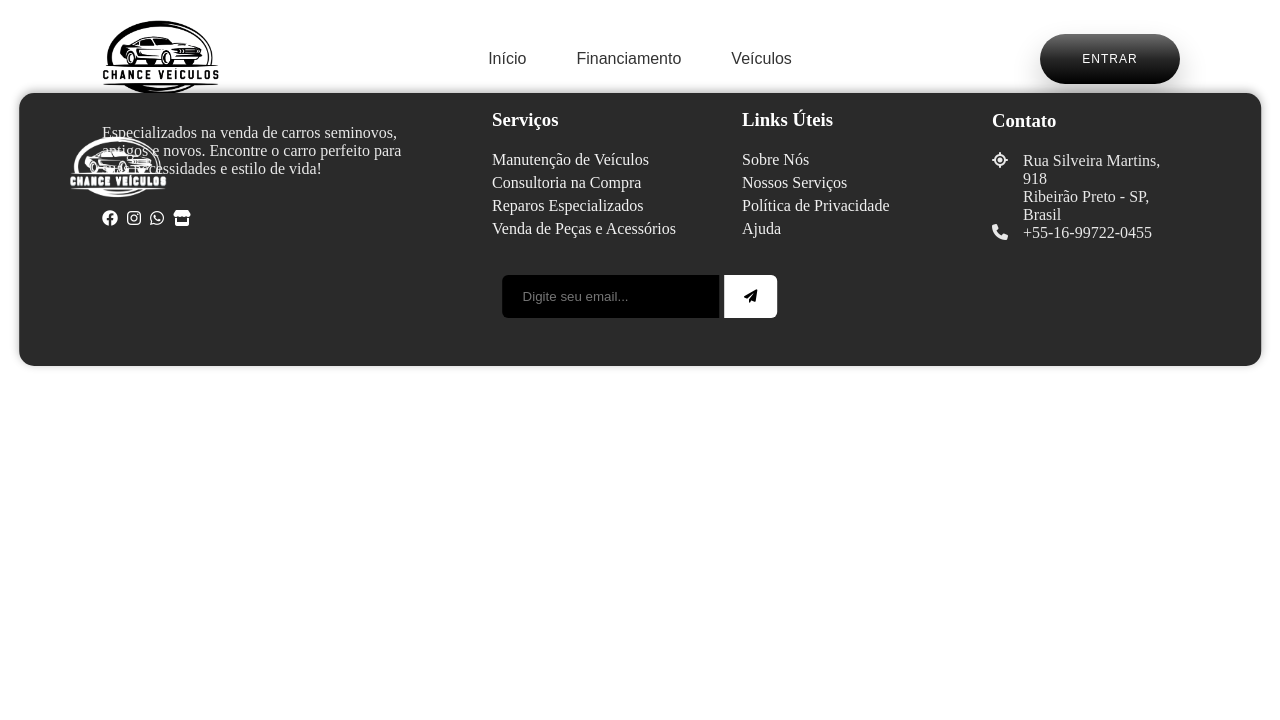
Repository: Matheus904-12/Reforma
Page: veicu.html
The author's editor kept a copy of each file at every save. The page is drawn from the files as they stood at one save, then again after the next save.
The browser window is 1280 px wide. The pictures show the whole page.
Some web libraries are served in a nearby version.

Above is the page before, as saved 2024-08-05 20:43:38.
Console error (its wording comes from the project's code and is left out).

### veicu.html
<!DOCTYPE html>
<html lang="en">
<head>
    <meta charset="UTF-8">
    <meta name="viewport" content="width=device-width, initial-scale=1.0">
    <title>Chance Veículos - Venda de Veículos</title>
    <link rel="stylesheet" href="styles.css">
    <!----- FONT AWESOME CSS FOR ICONS FONTS ------>
    <link rel="stylesheet" href="https://cdnjs.cloudflare.com/ajax/libs/font-awesome/6.2.0/css/all.min.css">
    <script src="https://cdnjs.cloudflare.com/ajax/libs/gsap/3.10.4/gsap.min.js"></script>
</head>
<body>
    <div id="loading-screen">
        <div class="loader"></div>
    </div>

    <header>
        <div class="navbar">
            <div class="logo">
                <img src="imagens/dark.png" alt="Logo da Loja">
            </div>
            <nav class="nav-links">
                <a href="index.html">Início</a>
                <a href="finan.html">Financiamento</a>
                <a href="veicu.html">Veículos</a>
            </nav>
            <button class="btn">
                <span class="btn-text-one">Entrar</span>
                <span class="btn-text-two">Vamos Lá!</span>
            </button>
        </div>
    </header>





    <footer>
        <div class="container">
            <div class="row">
                <div class="col" id="company">
                    <img src="imagens/white.png" alt="" class="logo">
                    <p>
                        Especializados na venda de carros seminovos, antigos e novos.
                        Encontre o carro perfeito para suas necessidades e estilo de vida!
                    </p>
                    <div class="social">
                        <a href="https://www.facebook.com/p/CHANCE-VE%C3%8DCULOS-100063739276669/?paipv=0&eav=Afbw-6EMG8x-VpNtWfZloGlREGmYw3G0Q8PvLR--bdwjk5A0xtV1WnDa43PW5FFd-jU&_rdr"><i class="fab fa-facebook"></i></a>
                        <a href="https://www.olx.com.br/perfil/wilson-chance-veiculos-d5494ec5"><i class="fab fa-instagram"></i></a>
                        <a href="https://web.whatsapp.com/send?l=pt_BR&phone=5516%20997220455"><i class="fab fa-whatsapp"></i></a>
                        <a href="(16)-3961-1899"><i class="fa fa-store"></i></a>
                    </div>
                </div>

                <div class="col" id="services">
                    <h3>Serviços</h3>
                    <div class="links">
                        <a href="#">Manutenção de Veículos</a>
                        <a href="#">Consultoria na Compra</a>
                        <a href="#">Reparos Especializados</a>
                        <a href="#">Venda de Peças e Acessórios</a>
                    </div>
                </div>

                <div class="col" id="useful-links">
                    <h3>Links Úteis</h3>
                    <div class="links">
                        <a href="#">Sobre Nós</a>
                        <a href="#">Nossos Serviços</a>
                        <a href="#">Política de Privacidade</a>
                        <a href="#">Ajuda</a>
                    </div>
                </div>

                <div class="col" id="contact">
                    <h3>Contato</h3>
                    <div class="contact-details">
                        <i class="fa fa-location"></i>
                        <p>Rua Silveira Martins, 918<br> Ribeirão Preto - SP, Brasil</p>
                    </div>
                    <div class="contact-details">
                        <i class="fa fa-phone"></i>
                        <p>+55-16-99722-0455</p>
                    </div>
                </div>
            </div>

            <div class="row">
                <div class="form">
                    <form action="">
                        <input type="text" placeholder="Digite seu email...">
                        <button><i class="fa fa-paper-plane"></i></button>
                    </form>
                </div>
            </div>
        </div>
     </footer>
    <script>
        document.addEventListener("DOMContentLoaded", () => {
            // Remove a tela de carregamento após o carregamento da página
            const loadingScreen = document.getElementById("loading-screen");
            loadingScreen.classList.add("loaded");

            // Animação de surgimento para todos os elementos
            gsap.from(".body, .header, .hero, .servicos, .produto, .navbar, .logo, .nav-links a, .btn, .card, .card__article, .container, .row, .social, .footer, .links,", {
                duration: 1.2,
                opacity: 0,
                y: 50,
                stagger: 0.1,
                ease: "power2.out"
            });

            // Animação para elementos ao rolar a página
            gsap.utils.toArray(".servicos, .produto, .garantia-qualidade").forEach(section => {
                gsap.from(section, {
                    scrollTrigger: {
                        trigger: section,
                        start: "top 80%",
                        end: "bottom 30%",
                        scrub: true
                    },
                    opacity: 0,
                    y: 50,
                    duration: 1
                });
            });
        });

        window.addEventListener("scroll", () => {
            const navbar = document.querySelector(".navbar");
            if (window.scrollY > 50) {
                navbar.classList.add("scrolled");
            } else {
                navbar.classList.remove("scrolled");
            }
        });
    </script>
</body>
</html>

### styles.css
body {
    margin: 0;
    font-family: Arial, sans-serif;
}

header {
    position: relative;
    width: 100%;
}

.navbar {
    display: flex;
    justify-content: center;
    align-items: center;
    padding: 20px 50px;
    background: rgba(255, 255, 255, 0.5);
    border-radius: 25px;
    backdrop-filter: blur(10px);
    transition: all 0.3s ease-in-out;
    margin: 20px 50px;
    position: relative;
}

.navbar.scrolled {
    background: rgba(255, 255, 255, 0.8);
    backdrop-filter: blur(15px);
}

.logo {
    position: absolute;
    left: 50px;
    font-weight: bold;
}

.logo img {
  transform: scale(0.3); /* Reduz o tamanho para 80% */
  transition: transform 0.3s ease-in-out;
  margin-left: -220px;
}

.nav-links {
    list-style: none;
    display: flex;
    gap: 20px;
}

.nav-links a {
    text-decoration: none;
    color: #333;
    padding: 10px 15px;
    border-radius: 15px;
    position: relative; /* Necessário para posicionar o pseudo-elemento */
    transition: color 0.3s; /* Transição para a cor do texto */
}

.nav-links a::after {
    content: "";
    position: absolute;
    left: 0;
    bottom: 0;
    width: 0;
    height: 2px; /* Altura da linha embaixo do texto */
    background: #333; /* Cor da linha embaixo do texto */
    transition: width 0.3s; /* Transição para o comprimento da linha */
}

.nav-links a:hover::after {
    width: 100%; /* Linha se expande para a largura total do link */
}

.nav-links a:hover {
    color: #333; /* Mantém a cor do texto ao passar o mouse */
}


.btn {
    width: 140px;
    height: 50px;
    background: linear-gradient(to top, #000000, #272727, #6d6d6d);
    color: #fff;
    border-radius: 50px;
    border: none;
    outline: none;
    cursor: pointer;
    position: relative;
    box-shadow: 0 15px 30px rgba(0, 0, 0, 0.2);
    overflow: hidden;
    position: absolute;
    right: 50px;
    text-decoration: none; /* Para remover o sublinhado do link */
    display: flex;
    justify-content: center;
    align-items: center;
}

.btn span {
    font-size: 12px;
    text-transform: uppercase;
    letter-spacing: 1px;
    transition: top 0.5s;
}

.btn-text-one {
    position: absolute;
    width: 100%;
    top: 50%;
    left: 0;
    transform: translateY(-50%);
}

.btn-text-two {
    position: absolute;
    width: 100%;
    top: 150%;
    left: 0;
    transform: translateY(-50%);
}

.btn:hover .btn-text-one {
    top: -100%;
}

.btn:hover .btn-text-two {
    top: 50%;
}

.btn:active {
    transform: translateY(1px); /* Efeito de afundar ao clicar */
}

.hero {
    position: relative;
    width: 100%;
    height: 600px; /* Ajuste a altura conforme necessário */
    overflow: hidden;
    display: flex;
    justify-content: center;
    align-items: center;
}

.hero-image {
    width: 94%;
    height: auto;
    object-fit: cover;
}

.servicos {
    padding: 100px;
}

.servicos-header {
    display: flex;
    justify-content: space-between;
    align-items: center;
    margin-bottom: 100px;
}

.produtos-header {
    display: flex;
    justify-content: space-between;
    align-items: center;
    margin-bottom: 100px;
}

.servicos h2 {
    font-size: 2.7em;
    margin: 0 0 10px 0; /* Ajuste a margem inferior para aproximar do parágrafo */
    margin-left: 190px;
}

.description {
    font-size: 1.2em;
    max-width: 600px;
    margin: 0;
    margin-right: 190px;
}
.description2 {
    font-size: 1.2em;
    max-width: 600px;
    margin: 0;
    margin-right: 320px;
}

.cards-container {
    display: flex;
    flex-wrap: wrap;
    justify-content: center;
    gap: 20px;
}

.card {
    display: flex;
    align-items: center;
    background-color: #f0f0f0;
    padding: 20px;
    border-radius: 10px;
    width: 45%;
}

.card-image img {
    width: 257px;
    height: 205px;
    border-radius: 10px;
    margin-right: 20px;
}

.card-content {
    text-align: left;
}

.card-content h3 {
    margin: 0 0 10px 0;
    font-size: 1.2em;
}

.card-content p {
    margin: 0;
    color: #555;
}

/*=============== GOOGLE FONTS ===============*/
@import url("https://fonts.googleapis.com/css2?family=Poppins:wght@400;500&display=swap");

/*=============== VARIABLES CSS ===============*/
:root {
  /*========== Colors ==========*/
  /*Color mode HSL(hue, saturation, lightness)*/
  --first-color: hsl(82, 60%, 28%);
  --title-color: hsl(0, 0%, 15%);
  --text-color: hsl(0, 0%, 35%);
  --body-color: hsl(0, 0%, 95%);
  --container-color: hsl(0, 0%, 100%);

  /*========== Font and typography ==========*/
  /*.5rem = 8px | 1rem = 16px ...*/
  --body-font: "Poppins", sans-serif;
  --h2-font-size: 1.25rem;
  --small-font-size: .813rem;
}

/*========== Responsive typography ==========*/
@media screen and (min-width: 1120px) {
  :root {
    --h2-font-size: 1.5rem;
    --small-font-size: .875rem;
  }
}

/*=============== BASE ===============*/

* {
    box-sizing: border-box;
    padding: 0;
    margin: 0;
  }

/*=============== CARD ===============*/
.produto {
  display: grid;
  place-items: center;
  margin-inline: 1.5rem;
  padding-block: 5rem;
  margin-bottom: 155px,
}

.card__data h2 {
    font-size: 1.4em;
    margin-left: -1px;
    font-weight: bold;
}

.card__produto {
  display: grid;
  row-gap: 3.5rem;
}

.card__article {
  position: relative;
  overflow: hidden;
}

.card__img {
  width: 328px;
  border-radius: 1.5rem;
}

.card__data {
  width: 20px;
  background-color: var(--container-color);
  padding: 1.5rem 2rem;
  box-shadow: 0 8px 24px hsla(0, 0%, 0%, .15);
  border-radius: 1rem;
  position: absolute;
  bottom: -9rem;
  left: 0;
  right: 0;
  margin-inline: auto;
  opacity: 0;
  transition: opacity 1s 1s;
}

.card__description {
  display: block;
  font-size: var(--small-font-size);
  margin-bottom: .25rem;
}

.card__title {
  font-size: var(--h2-font-size);
  font-weight: 500;
  color: var(--title-color);
  margin-bottom: .75rem;
}

.card__button {
  text-decoration: none;
  font-size: var(--small-font-size);
  font-weight: 500;
  color: var(--first-color);
}

.card__button:hover {
  text-decoration: underline;
}

/* Naming animations in hover */
.card__article:hover .card__data {
  animation: show-data 1s forwards;
  opacity: 1;
  transition: opacity .3s;
}

.card__article:hover {
  animation: remove-overflow 2s forwards;
}

.card__article:not(:hover) {
  animation: show-overflow 2s forwards;
}

.card__article:not(:hover) .card__data {
  animation: remove-data 1s forwards;
}

/* Card animation */
@keyframes show-data {
  50% {
    transform: translateY(-10rem);
  }
  100% {
    transform: translateY(-7rem);
  }
}

@keyframes remove-overflow {
  to {
    overflow: initial;
  }
}

@keyframes remove-data {
  0% {
    transform: translateY(-7rem);
  }
  50% {
    transform: translateY(-10rem);
  }
  100% {
    transform: translateY(.5rem);
  }
}

@keyframes show-overflow {
  0% {
    overflow: initial;
    pointer-events: none;
  }
  50% {
    overflow: hidden;
  }
}

/*=============== BREAKPOINTS ===============*/
/* For small devices */
@media screen and (max-width: 340px) {
  .produto {
    margin-inline: 1rem;
  }

  .card__data {
    width: 250px;
    padding: 1rem;
  }
}

/* For medium devices */
@media screen and (min-width: 768px) {
  .card__produto {
    grid-template-columns: repeat(2, 1fr);
    column-gap: 1.5rem;
  }
}

/* For large devices */
@media screen and (min-width: 1120px) {
  .produto {
    height: 100vh;
  }

  .card__produto {
    grid-template-columns: repeat(3, 1fr);
  }
  .card__img {
    width: 348px;
  }
  .card__data {
    width: 316px;
    padding-inline: 2.5rem;
  }
}

/* Tela de carregamento */
#loading-screen {
    position: fixed;
    top: 0;
    left: 0;
    width: 100%;
    height: 100%;
    background: white;
    display: flex;
    align-items: center;
    justify-content: center;
    z-index: 9999;
    transition: opacity 0.5s ease, visibility 0.5s ease;
}

#loading-screen.loaded {
    opacity: 0;
    visibility: hidden;
}

.loader {
    border: 8px solid rgba(0, 0, 0, 0.1);
    border-radius: 50%;
    border-top: 8px solid #3498db;
    width: 60px;
    height: 60px;
    animation: spin 1s linear infinite;
}

@keyframes spin {
    0% { transform: rotate(0deg); }
    100% { transform: rotate(360deg); }
}

/* Efeito de zoom-in ao carregar */
.zoom-in {
    transform: scale(1.2);
    opacity: 0;
}

.loaded .zoom-in {
    transform: scale(1);
    opacity: 1;
    transition: transform 0.5s ease-out, opacity 0.5s ease-out;
}

/* Efeito de surgimento ao rolar */
.scroll-fade-in {
    opacity: 0;
    transform: translateY(30px);
    transition: opacity 0.6s ease-out, transform 0.6s ease-out;
}

.scroll-fade-in.scroll-active {
    opacity: 1;
    transform: translateY(0);
}

/* Para WebKit (Chrome, Safari) */
::-webkit-scrollbar {
    width: 12px; /* Largura da barra de rolagem */
}

::-webkit-scrollbar-track {
    background: #f1f1f1; /* Cor de fundo da trilha da barra de rolagem */
    border-radius: 10px;
}

::-webkit-scrollbar-thumb {
    background: #888; /* Cor do "polegar" da barra de rolagem */
    border-radius: 10px;
}

::-webkit-scrollbar-thumb:hover {
    background: #555; /* Cor do "polegar" quando o mouse passa sobre ele */
}

/* Para Firefox */
scrollbar-width: thin; /* Controla a largura da barra de rolagem */
scrollbar-color: #888 #f1f1f1; /* Cor do polegar e da trilha */

/* Exemplo de configuração para todo o corpo */
body {
    scrollbar-width: thin; /* Largura fina para a barra de rolagem */
    scrollbar-color: #888 #f1f1f1; /* Cor do "polegar" e da trilha */
}

/* Exemplo de configuração para um elemento específico */
.custom-scrollbar {
    scrollbar-width: thin;
    scrollbar-color: #888 #f1f1f1;
}

/* Estilo da seção Garantia & Qualidade */
.garantia-qualidade {
  padding: 2rem;
  text-align: center;
  background-color: #f9f9f9;
}

.garantia-qualidade .produtos-header {
  margin-bottom: 2rem;
}

.garantia-cards {
  display: flex;
  flex-wrap: wrap;
  justify-content: space-around;
  gap: 0.5rem;
}

.garantia-card {
  flex: 1 1 calc(25% - 1rem);
  margin: 0.25rem; /* Reduzi a margem para deixar os cartões mais próximos */
  padding: 1rem;
  border-radius: 8px;
}

.garantia-card .garantia-card-image {
  width: 245px;
  height: 245px; /* ajuste a altura conforme necessário */
  background-color: #d3d3d3; /* cor de fundo cinza para a imagem */
  border-radius: 8px;
}

.garantia-card h3 {
  font-size: 1.2rem;
  margin-top: 0.5rem;
  color: #333;
}

.garantia-card p {
  font-size: 0.9rem;
  color: #666;
}

/* Responsivo */
@media (max-width: 768px) {
  .garantia-card {
    flex: 1 1 calc(50% - 1rem);
  }
}

@media (max-width: 480px) {
  .garantia-card {
    flex: 1 1 100%;
  }
}

footer {
  background-color: #2a2a2a;
  position: relative; /* Torna o footer fixo */
  bottom: 25px; /* Adiciona uma margem do fundo da página */
  left: 50%; /* Centraliza horizontalmente */
  transform: translateX(-50%); /* Centraliza horizontalmente */
  width: 97%; /* Ajusta a largura do footer */
  height: auto; /* Ajusta a altura do footer */
  padding: 1rem; /* Ajusta o padding do footer */
  border-radius: 15px; /* Aplica border-radius nos quatro cantos */
  z-index: 1000; /* Garante que o footer esteja acima de outros elementos */
  box-shadow: 0 -2px 10px rgba(0, 0, 0, 0.3); /* Adiciona uma sombra */
}
.container {
 max-width: 1140px;
 margin: 0 auto;
 display: flex;
 justify-content: center;
 align-items: center;
 flex-direction: column;


}
.row{
 display: flex;
 justify-content: space-between;
 align-items: center;
}

.col{
 min-width: 250px;
 color:#f2f2f2f2;
 font-family: poppins;
 padding:0 2rem;
}
.col .logo{
 width: 100px;
 margin-bottom:25px;
}
.col h3{
 color:#ffffff;
 margin-bottom: 20px;
 position: relative;
 cursor: pointer;
}
.col h3::after{
 content: '';
 height:3px;
 width:0px;
 background-color: #ffffff;
 position: absolute;
 bottom: 0;
 left:0;
 transition: 0.3s ease;

}
.col h3:hover::after{
 width:30px
}
.col .social a i{
 color:#ffffff;
 margin-top:2rem;
 margin-right: 5px;
 transition: 0.3s ease;
}
.col .social a i:hover{
 transform: scale(1.5);
 filter:grayscale(25);
}
.col .links a{
 display: block;
 text-decoration: none;
 color:#f2f2f2;
 margin-bottom: 5px;
 position: relative;
 transition: 0.3s ease;
}
.col .links a::before{
 content:'';
 height: 16px;
 width:3px;
 position: absolute;
 top:5px;
 left:-10px;
 background-color: #ffffff;
 transition: 0.5s ease;
 opacity: 0;
}
.col .links a:hover::before{
 opacity: 1;
}
.col .links a:hover{
 transform: translateX(-8px);
 color:#ffffff;
}
.col .contact-details{
 display: inline-flex;
 justify-content: space-between;
}
.col .contact-details i{
 margin-right:15px;
}
.row .form{
 display: flex;
 justify-content: center;
 align-items: center;
 padding:2rem 0;
}
.row .form input{
 background-color: #000000;
 border:0;
 outline:none;
 padding:14px 20px;
 border-radius: 6px;
 border-top-right-radius: 0;
 border-bottom-right-radius: 0;
}
.form button{
 padding:14px 20px;
 border:0;
 border-radius: 6px;
 border-top-left-radius: 0;
 border-bottom-left-radius: 0;
 background-color: #ffffff;
}

/********** Responsive Design ********/
@media(max-width:900px)
{
.row{
 flex-direction: column;
}
.col{
 width: 100%;
 text-align: left;
 margin-bottom: 25px;
}
}
@media(max-width:768px)
{
.row{
 flex-direction: column;
}
.col{
 width: 100%;
 text-align: left;
 margin-bottom: 20px;
}
}

After the next save:
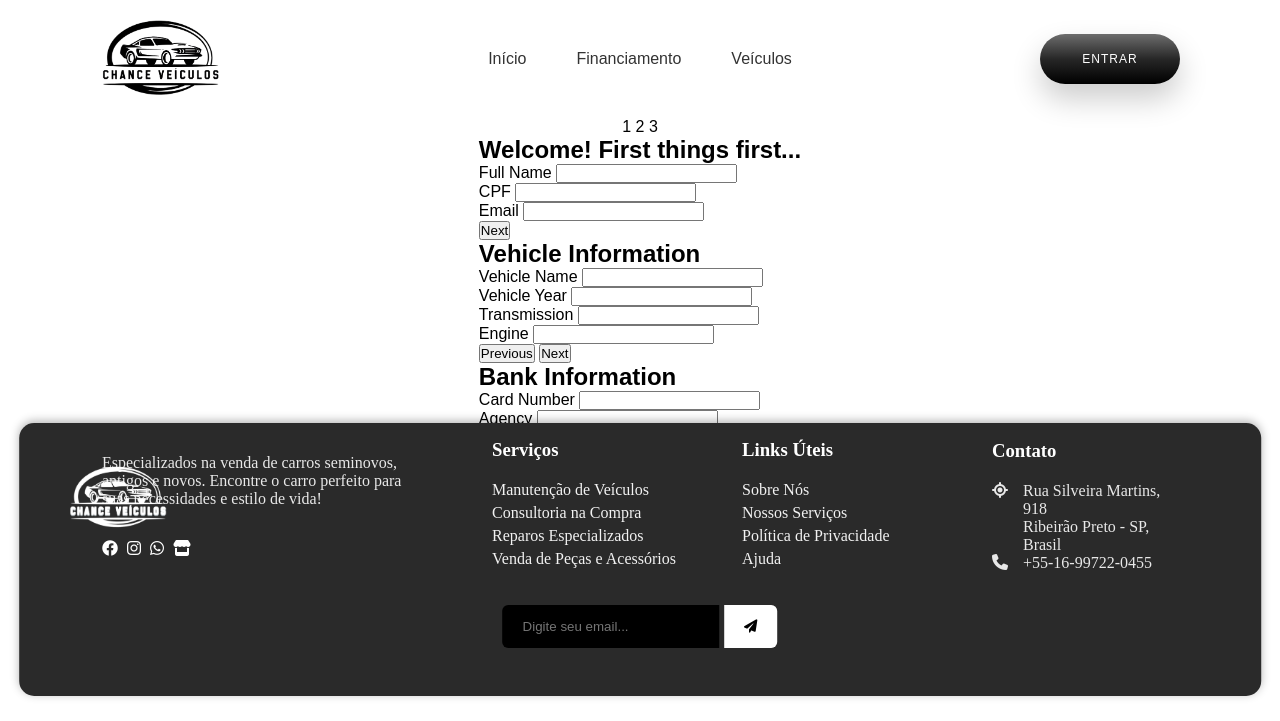
Saved 12 min 56 s later.
--- a/veicu.html
+++ b/veicu.html
@@ -32,7 +32,72 @@
     </header>
 
 
-
+    <div class="container">
+        <div class="form-header">
+            <div class="step-indicators">
+                <span class="step active" data-step="1">1</span>
+                <span class="step" data-step="2">2</span>
+                <span class="step" data-step="3">3</span>
+            </div>
+        </div>
+        <form id="multi-step-form">
+            <!-- Step 1 -->
+            <div class="form-step active" data-step="1">
+                <h2>Welcome! First things first...</h2>
+                <div class="form-group">
+                    <label for="full-name">Full Name</label>
+                    <input type="text" id="full-name" name="full-name" required>
+                </div>
+                <div class="form-group">
+                    <label for="cpf">CPF</label>
+                    <input type="text" id="cpf" name="cpf" required>
+                </div>
+                <div class="form-group">
+                    <label for="email">Email</label>
+                    <input type="email" id="email" name="email" required>
+                </div>
+                <button type="button" class="next-step">Next</button>
+            </div>
+
+            <!-- Step 2 -->
+            <div class="form-step" data-step="2">
+                <h2>Vehicle Information</h2>
+                <div class="form-group">
+                    <label for="vehicle-name">Vehicle Name</label>
+                    <input type="text" id="vehicle-name" name="vehicle-name" required>
+                </div>
+                <div class="form-group">
+                    <label for="vehicle-year">Vehicle Year</label>
+                    <input type="number" id="vehicle-year" name="vehicle-year" required>
+                </div>
+                <div class="form-group">
+                    <label for="vehicle-transmission">Transmission</label>
+                    <input type="text" id="vehicle-transmission" name="vehicle-transmission" required>
+                </div>
+                <div class="form-group">
+                    <label for="vehicle-engine">Engine</label>
+                    <input type="text" id="vehicle-engine" name="vehicle-engine" required>
+                </div>
+                <button type="button" class="previous-step">Previous</button>
+                <button type="button" class="next-step">Next</button>
+            </div>
+
+            <!-- Step 3 -->
+            <div class="form-step" data-step="3">
+                <h2>Bank Information</h2>
+                <div class="form-group">
+                    <label for="card-number">Card Number</label>
+                    <input type="text" id="card-number" name="card-number" required>
+                </div>
+                <div class="form-group">
+                    <label for="agency">Agency</label>
+                    <input type="text" id="agency" name="agency" required>
+                </div>
+                <button type="button" class="previous-step">Previous</button>
+                <button type="submit">Submit</button>
+            </div>
+        </form>
+    </div>
 
 
     <footer>
